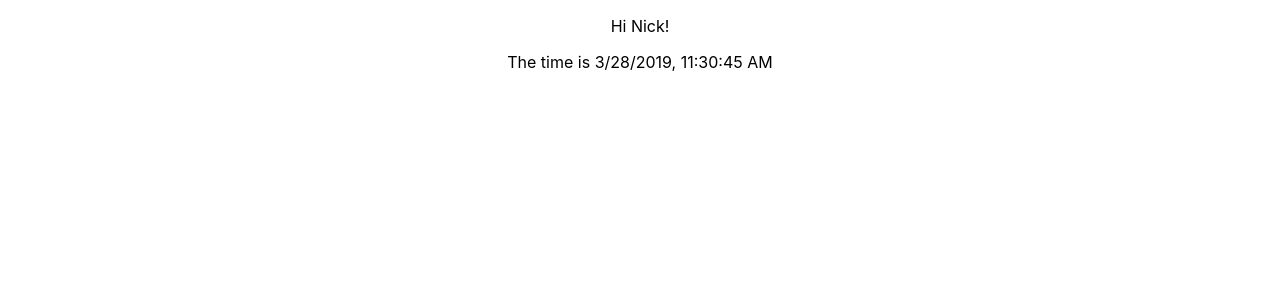
Repository: crispinonicky/gummy-facts
Page: /
An editor plug-in stored every save of this project. The page is shown before and after the next save, followed by the edit.
The browser window is 1280 px wide. The pictures show the whole page.
The project was rebuilt for these pictures with package versions that can differ from the ones it lists, and the page was loaded fresh each time.

Above is the page before, as saved 2019-03-28 13:06:14.

After the next save:
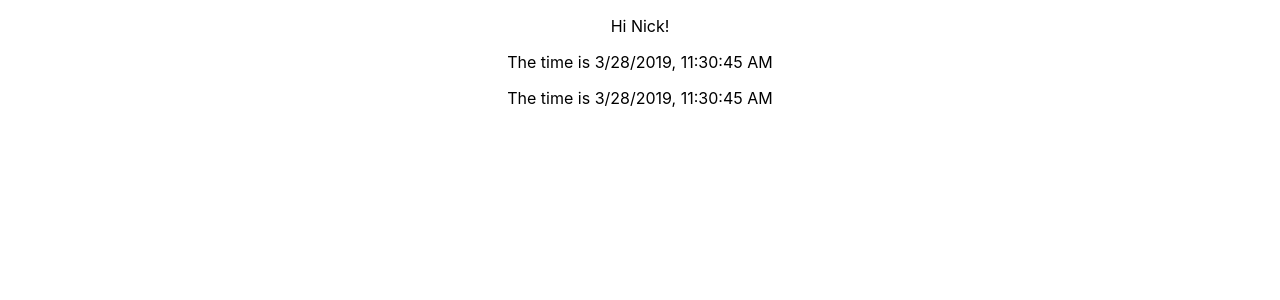
Saved 18 s later.
--- a/src/App.js
+++ b/src/App.js
@@ -26,6 +26,8 @@ class App extends Component {
       </p>
 
         <Clock />
+        <Gummies />
+
 
       </div>
     );
